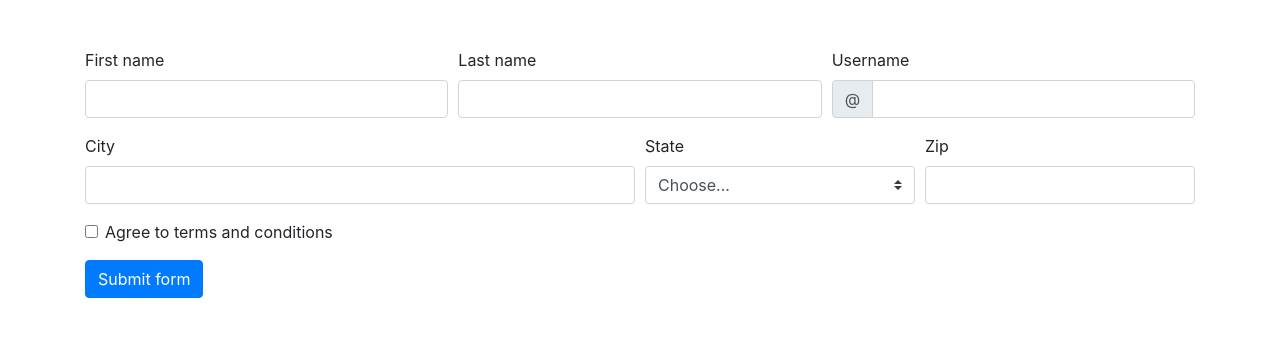
Repository: Jassan851031/foreachTask
Page: /
An editor plug-in stored every save of this project. The page is shown before and after the next save, followed by the edit.
The browser window is 1280 px wide. The pictures show the whole page.
The project was rebuilt for these pictures with package versions that can differ from the ones it lists, and the page was loaded fresh each time. Also part of the build but not shown: src/App.css.

Above is the page before, as saved 2020-03-23 14:52:14.

After the next save:
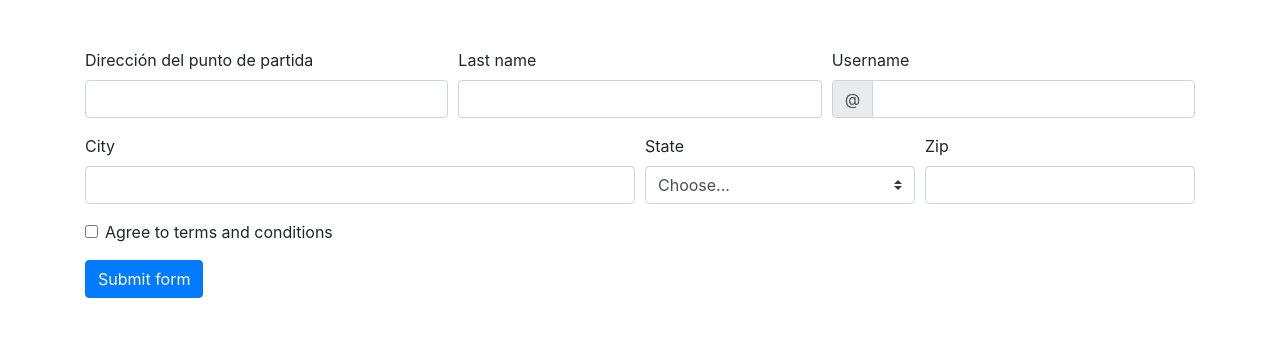
Saved 3 min 30 s later.
--- a/src/App.js
+++ b/src/App.js
@@ -9,7 +9,7 @@ function App() {
           <form>
             <div className="form-row">
               <div className="col-md-4 mb-3">
-                <label for="validationDefault01">First name</label>
+              <label className="form-label">Dirección del punto de partida</label>
                 <input type="text" className="form-control" id="validationDefault01" required />
               </div>
               <div className="col-md-4 mb-3">
